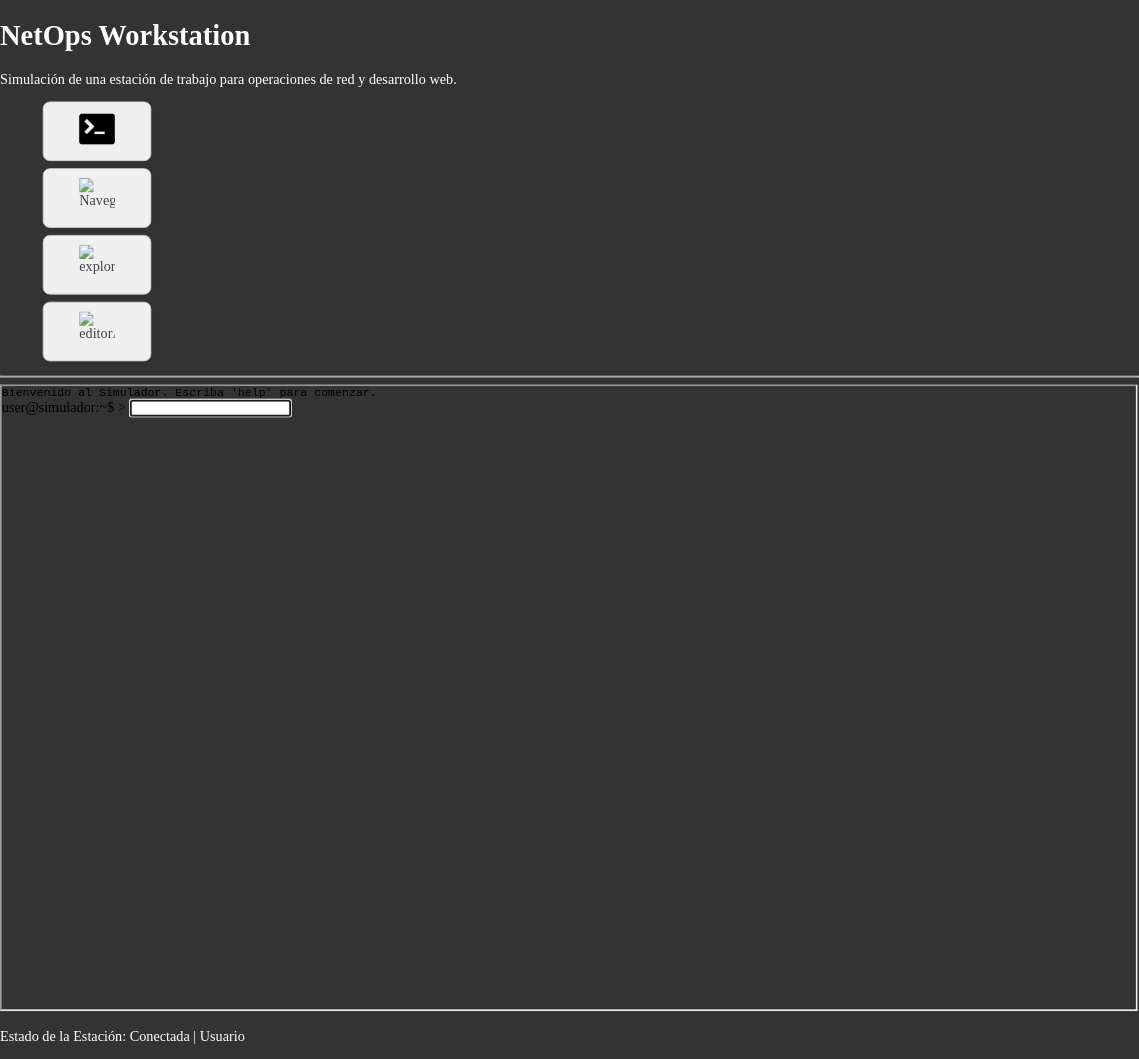
Repository: ValdezGalia/ProgramacionWebUcab
Page: lan-01.html
An editor plug-in stored every save of this project. The page is shown before and after the next save, followed by the edit.
The browser window is 1280 px wide. The pictures show the whole page, at 89% of full size.

Above is the page before, as saved 2025-11-13 16:26:52.

After the next save:
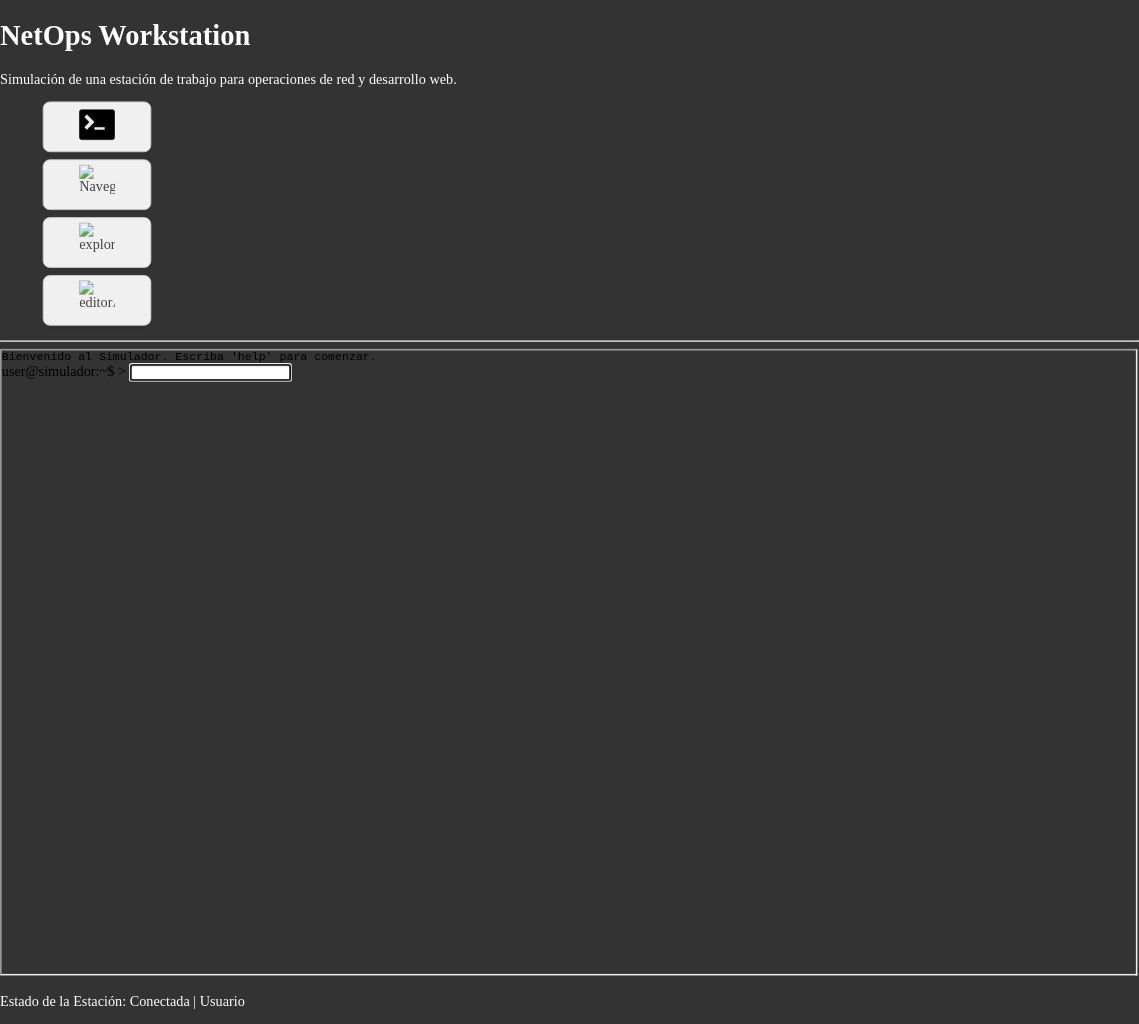
Saved 5 s later.
--- a/style/lan-01.css
+++ b/style/lan-01.css
@@ -19,7 +19,7 @@ nav ul li a {
     text-decoration: none;
     color: #444444;
     background-color: #f0f0f0;
-    padding: 10px 10px;
+    padding: 5px 10px;
     margin: 8px;
     border: 1px solid #cccccc;
     border-radius: 8px;
